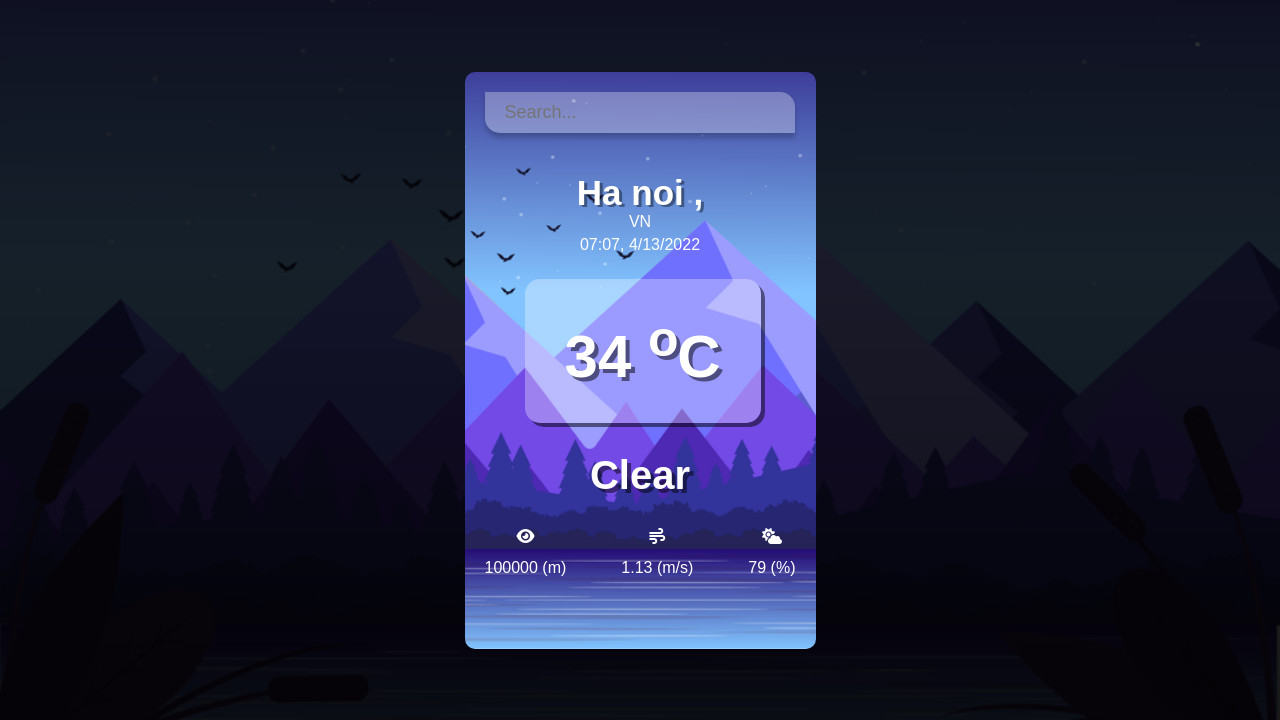
Repository: nganha241/weather-app
Page: index.html
The author's editor kept a copy of each file at every save. The page is drawn from the files as they stood at one save, then again after the next save.
The browser window is 1280 px wide. The pictures show the whole page.
The page's requests for data from a server got no answer. Some web libraries are served in a nearby version.

Above is the page before, as saved 2022-04-14 09:24:49.

### index.html
<!DOCTYPE html>
<html lang="en">
  <head>
    <meta charset="UTF-8" />
    <meta http-equiv="X-UA-Compatible" content="IE=edge" />
    <meta name="viewport" content="width=device-width, initial-scale=1.0" />
    <title>Document</title>
    <link rel="stylesheet" href="./style.css" />
  </head>
  <body>
    <div id="weather">
      <div class="header">
        <input type="text" placeholder="Search..." />
      </div>
      <div class="content">
        <div class="city">Ha noi ,</div>
        <span class="country">VN</span>
        <div class="time">07:07, <span class="date">4/13/2022</span></div>
        <div class="deg">
          <p>34 <sup>o</sup> C</p>
        </div>
        <div class="status">Clear</div>
      </div>
      <div class="footer">
        <div class="detail">
          <div class="distance">
            <div><i class="fa-solid fa-eye"></i></div>
            <div class="value">100000 <span>(m)</span></div>
          </div>
          <div class="speed">
            <div><i class="fa-solid fa-wind"></i></div>
            <div class="value">1.13 <span>(m/s)</span></div>
          </div>
          <div class="humidity">
            <div><i class="fa-solid fa-cloud-sun"></i></div>
            <div class="value">79 <span>(%)</span></div>
          </div>
        </div>
      </div>
    </div>
    <script
      src="https://kit.fontawesome.com/ae971d7ee0.js"
      crossorigin="anonymous"
    ></script>
    <script src="./main.js"></script>
  </body>
</html>

### style.css
* {
    padding: 0;
    margin: 0;
    box-sizing: border-box;
}

body {
    font-family: sans-serif;
    height: 100vh;
    display: flex;
    justify-content: center;
    align-items: center;
    background: linear-gradient(to top, rgba(0, 0, 0, 0.9), rgba(0, 0, 0, 0.8)), url(./img1.png) no-repeat center/cover;
    color: #fff;
}

#weather {
    padding: 20px;
    width: 351px;
    height: 577px;
    border: none;
    border-radius: 10px;
    background: url(./img1.png) no-repeat center/cover;
    position: relative;
}

.header input{
    width: 310px;
    height: 41px;
    border-radius: 0px 15px 0px 15px;
    border: none;
    background: rgba(255, 255, 255, 0.3);
    box-shadow: 0px 5px 5px rgba(0, 0, 0, 0.2);
    outline: none;
    font-size: 18px;
    padding: 0 20px;
    transition: 0.4s;
}

.header input:focus {
    border-radius: 15px 0px 15px 0px;
    background: rgba(255, 255, 255, 0.7);
}

.content {
    margin-top: 40px;
    text-align: center;
}

.city {
    font-size: 35px;
    font-weight: 600;
    text-shadow: 3px 2px rgba(0, 0, 0, 0.4);
}

.time {
    margin-top: 5px;
}

.deg {
    width: 236px;
    height: 144px;
    border-radius: 15px;
    background: rgba(255, 255, 255, 0.3);
    box-shadow: 4px 4px rgba(0, 0, 0, 0.5);
    display: flex;
    justify-content: center;
    align-items: center;
    margin-top: 25px;
    margin-left: 40px;
}

.deg p {
    font-size: 60px;
    font-weight: 800;
    text-shadow: 4px 4px rgba(0, 0, 0, 0.5) ;
}

.deg p sup {
    margin-right: -18px;
}

.status {
    margin-top: 30px;
    font-size: 40px;
    font-weight: 700;
    text-shadow: 4px 4px rgba(0, 0, 0, 0.5) ;
}

.footer {
    margin-top: 30px;
}

.detail {
    display: flex;
    justify-content: space-between;
    align-items: center;
    text-align: center;
}

.detail .fa-solid {
   padding-bottom: 15px;
}

### main.js
const search = document.querySelector("input");
const city = document.querySelector(".city");
const country = document.querySelector(".country");
const deg = document.querySelector(".deg p");
const status = document.querySelector(".status");
const distance = document.querySelector(".distance value");
const speed = document.querySelector(".speed value");
const humidity = document.querySelector(".humidity value");
console.log(country);
async function changeWeatherUI() {
  // const val = search.value.trim();
  const val = "Tokyo";
  let apiUrl = `https://api.openweathermap.org/data/2.5/weather?q=${val}&appid=7db7f7f1454b662870a48eb474a823f9`;

  let data = await fetch(apiUrl).then((res) => res.json());
  console.log(data);

  city.innerText = data.name;
  country.innerText = data.sys.country;
}

changeWeatherUI();

After the next save:
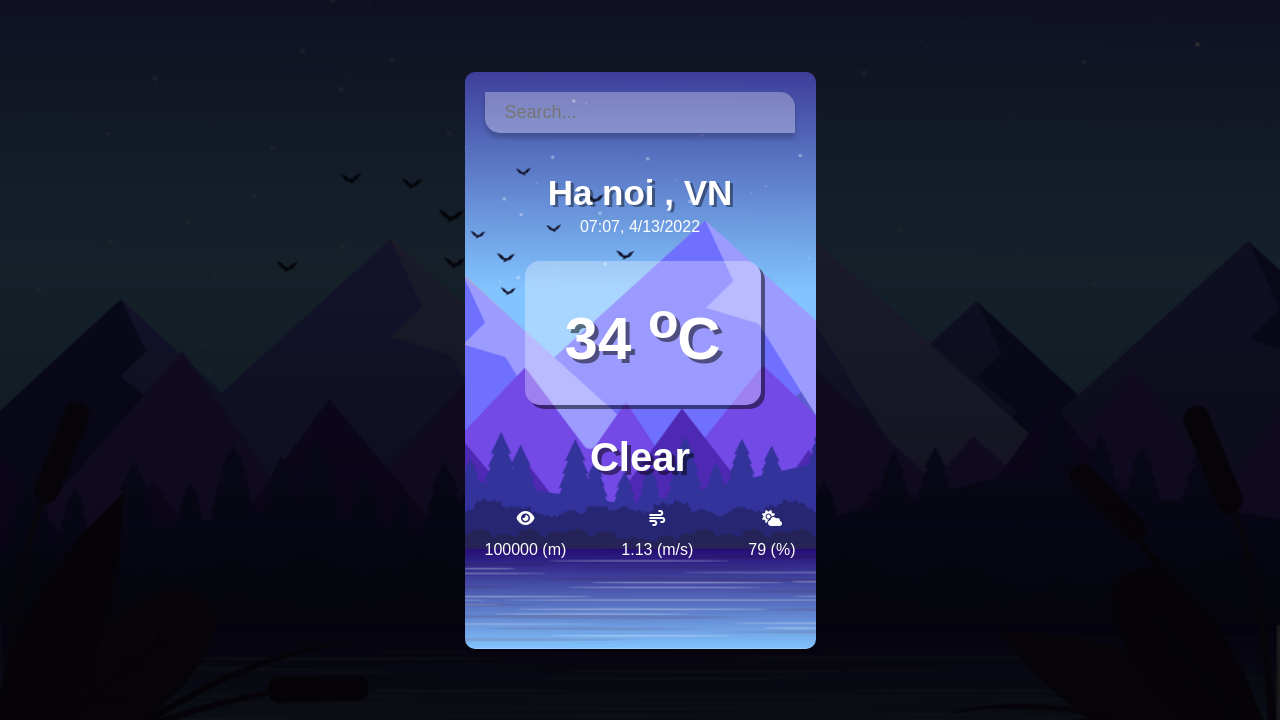
Saved 30 s later.
--- a/index.html
+++ b/index.html
@@ -13,8 +13,7 @@
         <input type="text" placeholder="Search..." />
       </div>
       <div class="content">
-        <div class="city">Ha noi ,</div>
-        <span class="country">VN</span>
+        <div class="city">Ha noi , <span class="country">VN</span></div>
         <div class="time">07:07, <span class="date">4/13/2022</span></div>
         <div class="deg">
           <p>34 <sup>o</sup> C</p>
